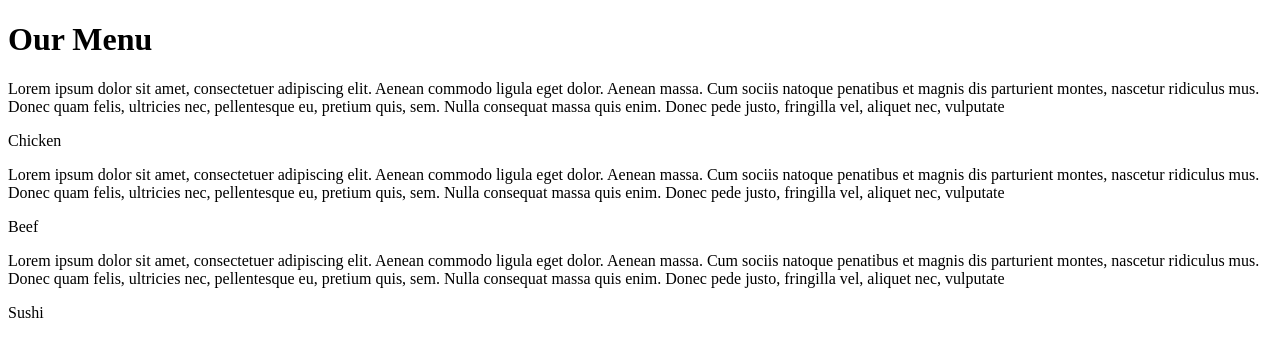
Repository: Normandy72/module2-solution
Page: index.html
These files come from the project's save history. The page is drawn as it stood at one moment and after the next save; the edit follows.
The browser window is 1280 px wide. The pictures show the whole page.

Above is the page before, as saved 2022-12-05 14:48:33.

### index.html
<!DOCTYPE html>
<html lang="en">
<head>
    <meta charset="UTF-8">
    <meta http-equiv="X-UA-Compatible" content="IE=edge">
    <meta name="viewport" content="width=device-width, initial-scale=1.0">
    <title>Our menu</title>
    <link href="https://fonts.googleapis.com/css2?family=Comic+Neue:ital,wght@0,300;0,400;0,700;1,300;1,400;1,700&family=Roboto:ital,wght@0,100;0,300;0,400;0,500;0,700;0,900;1,100;1,300;1,400;1,500;1,700;1,900&d>
    <link rel="stylesheet" href="styles/style.css">
</head>
<body>
    <h1>Our Menu</h1>
    <div>
        <p>Lorem ipsum dolor sit amet, consectetuer adipiscing elit. Aenean commodo ligula eget dolor. Aenean massa. Cum sociis natoque penatibus et magnis dis parturient montes, nascetur ridiculus mus. Donec quam felis, ultricies nec, pellentesque eu, pretium quis, sem. Nulla consequat massa quis enim. Donec pede justo, fringilla vel, aliquet nec, vulputate</p>
        <div>Chicken</div>
    </div>
    <div>
        <p>Lorem ipsum dolor sit amet, consectetuer adipiscing elit. Aenean commodo ligula eget dolor. Aenean massa. Cum sociis natoque penatibus et magnis dis parturient montes, nascetur ridiculus mus. Donec quam felis, ultricies nec, pellentesque eu, pretium quis, sem. Nulla consequat massa quis enim. Donec pede justo, fringilla vel, aliquet nec, vulputate</p>
        <div>Beef</div>
    </div>
    <div>
        <p>Lorem ipsum dolor sit amet, consectetuer adipiscing elit. Aenean commodo ligula eget dolor. Aenean massa. Cum sociis natoque penatibus et magnis dis parturient montes, nascetur ridiculus mus. Donec quam felis, ultricies nec, pellentesque eu, pretium quis, sem. Nulla consequat massa quis enim. Donec pede justo, fringilla vel, aliquet nec, vulputate</p>
        <div>Sushi</div>
    </div>
</body>
</html>

### styles/style.css
*{
    font-family: 'Comic Neue', cursive;
    font-size: 10px;

    margin: 0;
    padding: 0;
    box-sizing: border-box;
}

h1{
    font-size: 4.4rem;
    text-align: center;
}

After the next save:
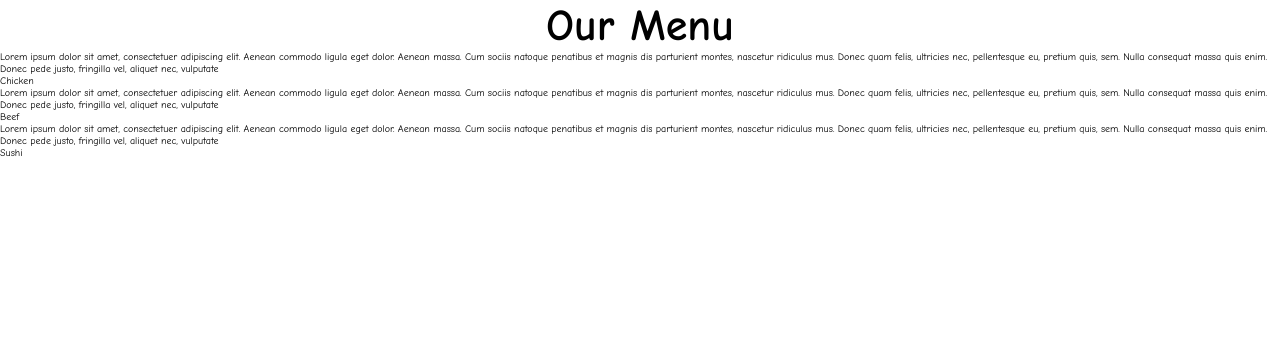
Saved 15 s later.
--- a/index.html
+++ b/index.html
@@ -5,7 +5,7 @@
     <meta http-equiv="X-UA-Compatible" content="IE=edge">
     <meta name="viewport" content="width=device-width, initial-scale=1.0">
     <title>Our menu</title>
-    <link href="https://fonts.googleapis.com/css2?family=Comic+Neue:ital,wght@0,300;0,400;0,700;1,300;1,400;1,700&family=Roboto:ital,wght@0,100;0,300;0,400;0,500;0,700;0,900;1,100;1,300;1,400;1,500;1,700;1,900&d>
+    <link href="https://fonts.googleapis.com/css2?family=Comic+Neue:ital,wght@0,300;0,400;0,700;1,300;1,400;1,700&family=Roboto:ital,wght@0,100;0,300;0,400;0,500;0,700;0,900;1,100;1,300;1,400;1,500;1,700;1,900&display=swap" rel="stylesheet">
     <link rel="stylesheet" href="styles/style.css">
 </head>
 <body>
